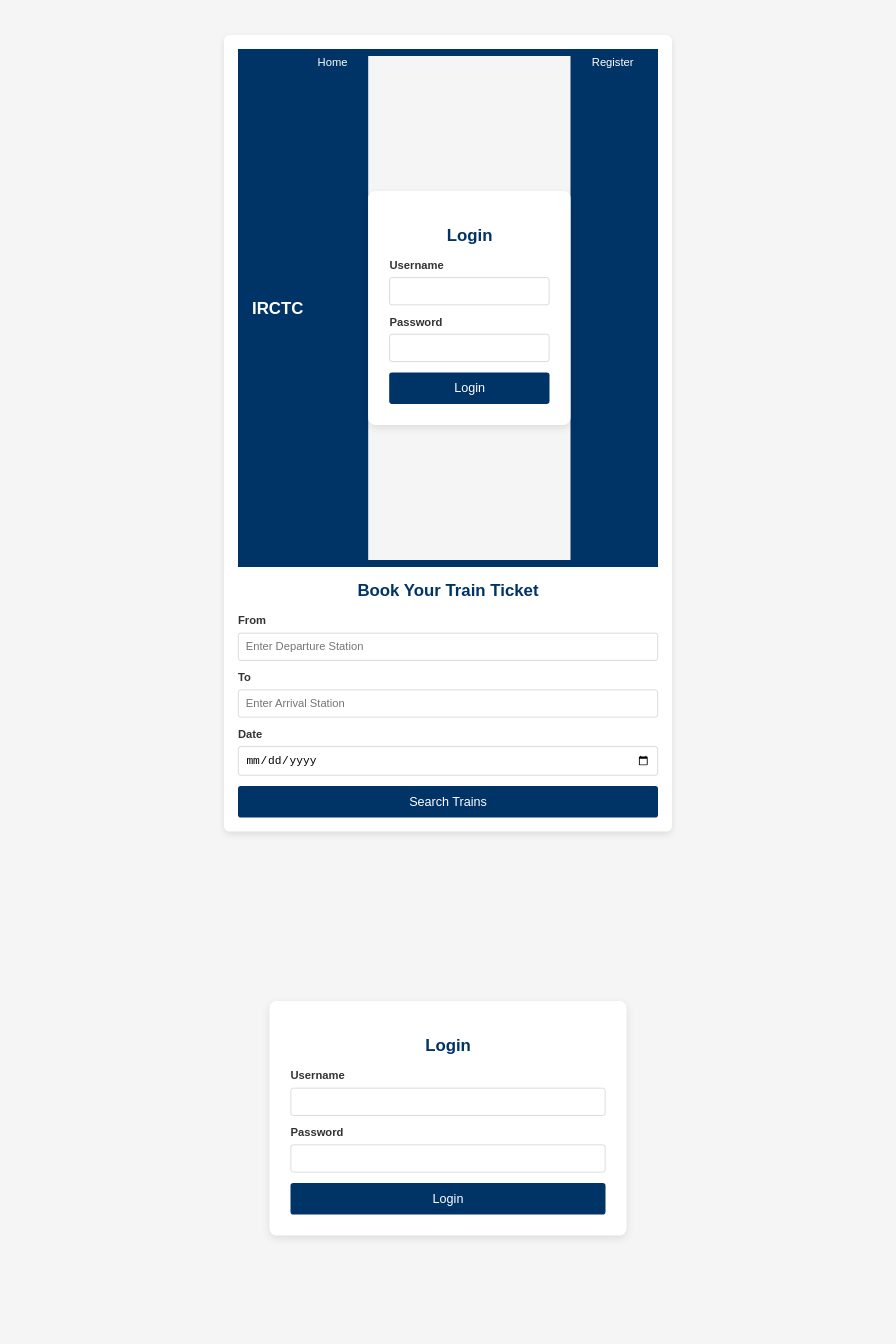
Repository: ssaddamhuss100/IRCTC-Clone
Page: /
The author's editor kept a copy of each file at every save. The page is drawn from the files as they stood at one save, then again after the next save.
The browser window is 1280 px wide. The pictures show the part of the page from y = 0 to 1920 px (the page is 2679 px tall), at 70% of full size.
The project was rebuilt for these pictures with package versions that can differ from the ones it lists, and the page was loaded fresh each time. Also part of the build but not shown: vite.config.js.

Above is the page before, as saved 2025-01-19 11:42:46.

After the next save:
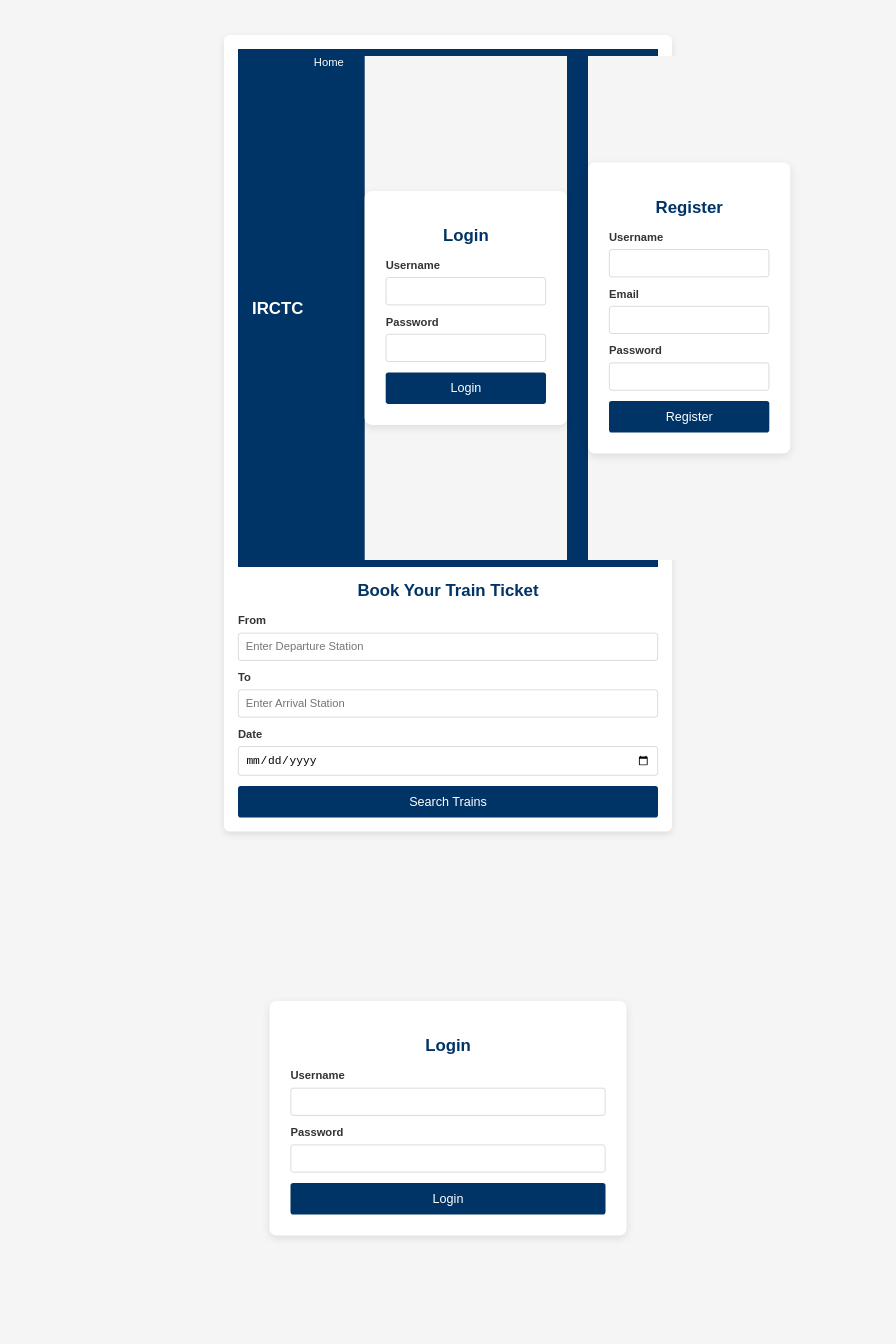
Saved 7 s later.
--- a/src/components/navbar/Navbar.jsx
+++ b/src/components/navbar/Navbar.jsx
@@ -1,6 +1,7 @@
 import React from "react";
 import "./Navbar.css";
 import Login from "../../pages/Login/Login";
+import Register from "../../pages/Register/Register";
 
 const Navbar = () => {
   return (
@@ -14,7 +15,7 @@
           <a href="/login"><Login/></a>
         </li>
         <li>
-          <a href="/register">Register</a>
+          <a href="/register"><Register/></a>
         </li>
       </ul>
     </nav>
